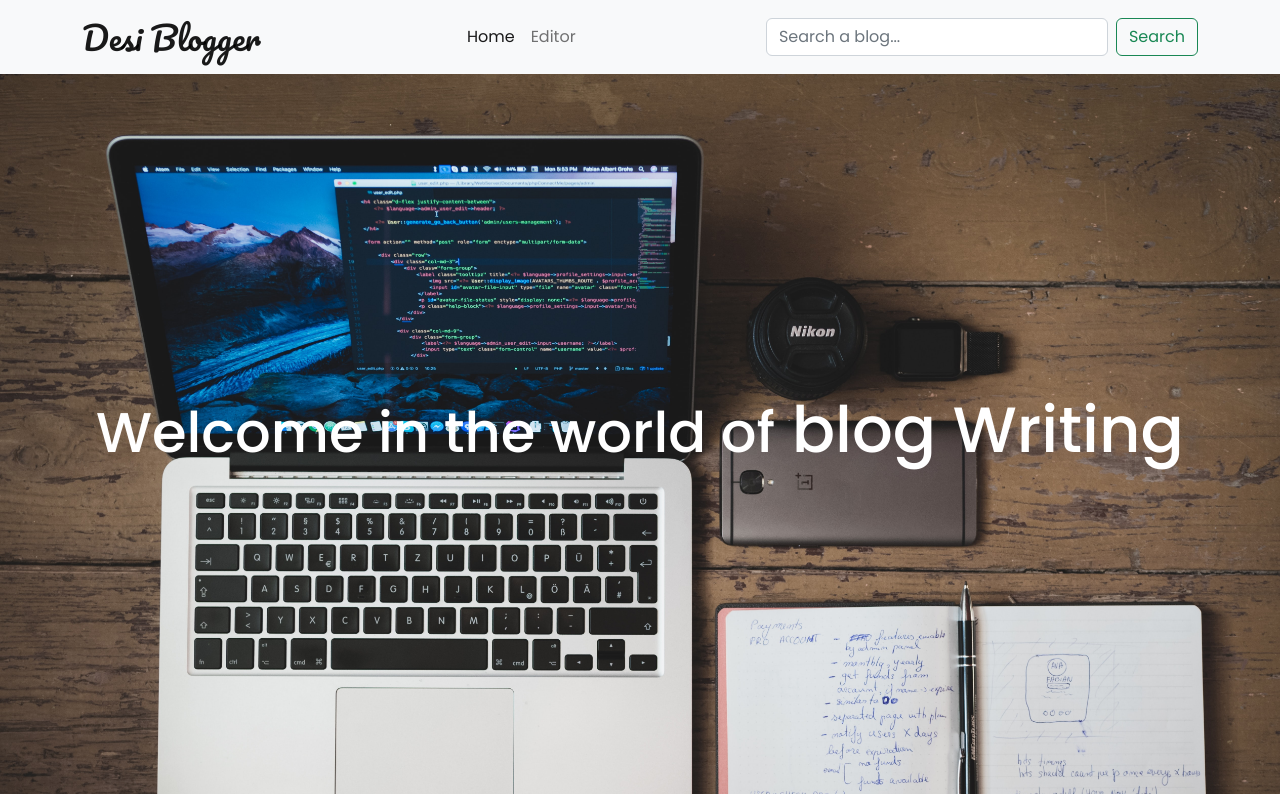
Repository: badhon252/Desi_Blogger
Page: public/home.html
An editor plug-in stored every save of this project. The page is shown before and after the next save, followed by the edit.
The browser window is 1280 px wide. The pictures show the whole page.

Above is the page before, as saved 2022-11-15 20:44:07.

After the next save:
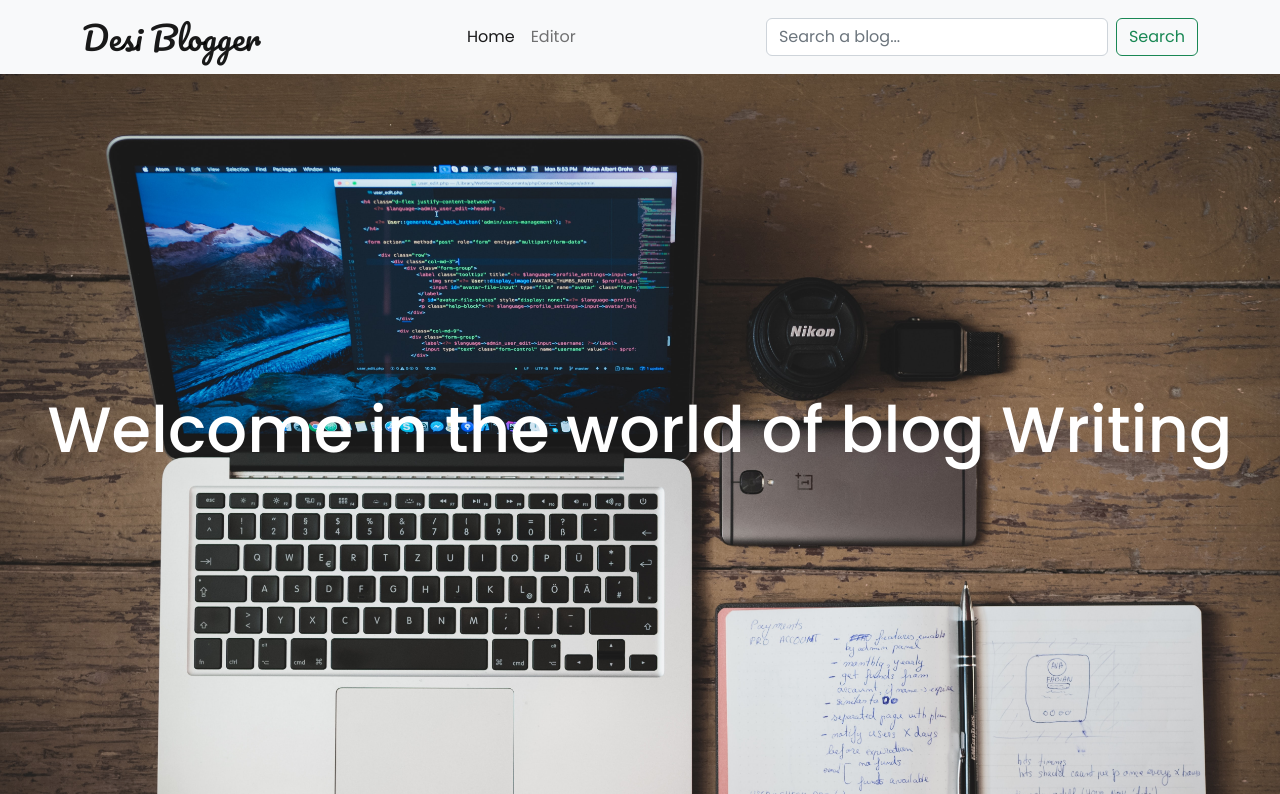
Saved 7 s later.
--- a/public/css/home.css
+++ b/public/css/home.css
@@ -49,7 +49,7 @@ body {
   color: #fff;
   text-align: center;
 }
-.content .heading {
+.content .small {
   font-size: 4rem;
   color: #fff;
   text-align: center;
